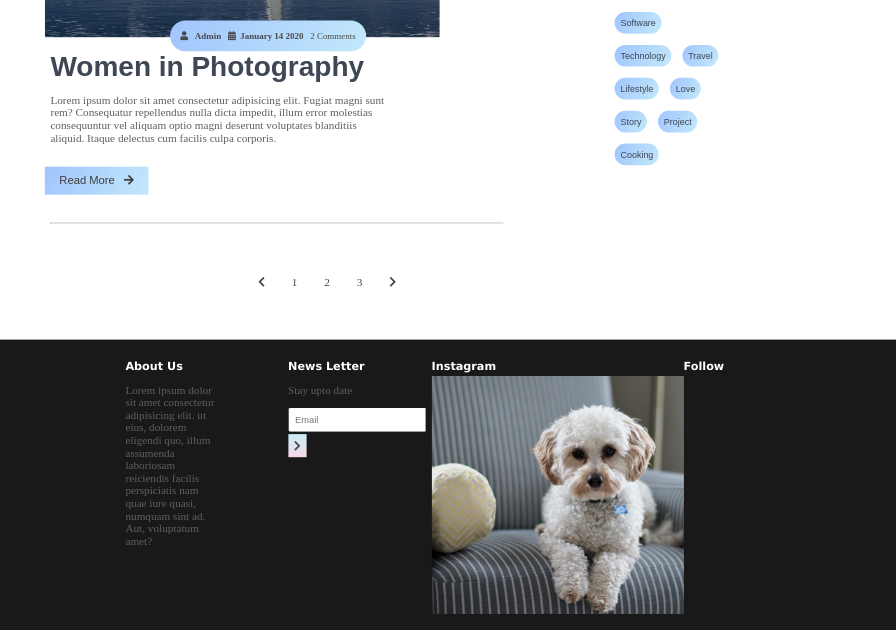
Repository: premjawaharp/Blogsite
Page: index.html
An editor plug-in stored every save of this project. The page is shown before and after a run of saves, followed by the edit.
The browser window is 1280 px wide. The pictures show the part of the page from y = 3323 to 5243 px (the page is 4223 px tall before and 5243 px after), at 70% of full size.

Above is the page before, as saved 2020-09-18 16:17:13.

### index.html
<!DOCTYPE html>
<html lang="en">
<head>
    <meta charset="UTF-8">
    <meta name="viewport" content="width=device-width, initial-scale=1.0">
    <title>Blogger</title>

    <!--Font Awesome style-->
    <link rel="stylesheet" href="css/all.css">

    <!-- Owl Carousel style -->
    <link rel="stylesheet" href="./css/owl.carousel.min.css">
    <link rel="stylesheet" href="./css/owl.theme.default.css">

    <!--Custom style-->
    <link rel="stylesheet" href="css/style.css">
</head>
<body>
    <!------------- Navigation ------------------>
   <nav class="nav">
        <div class="nav-menu flex-row">
            <div class="nav-brand">
                <a href="#" class="text-gray">Premonation</a>
            </div>
            <div class="toggle-collapse">
                <div class="toggle-icons">
                    <i class="fas fa-bars"></i>
                </div>
            </div>
            <div>
                <ul class="nav-items">
                    <li class="nav-link">
                        <a href="#">Home</a>
                    </li>
                    <li class="nav-link">
                        <a href="#">Category</a>
                    </li>
                    <li class="nav-link">
                        <a href="#">Archive</a>
                    </li>
                    <li class="nav-link">
                        <a href="#">Pages</a>
                    </li>
                    <li class="nav-link">
                        <a href="#">Contact Us</a>
                    </li>
                </ul>
            </div>
            <div class="social text-gray">
                    <a href="#"><i class="fab fa-facebook-f"></i></a>
                    <a href="#"><i class="fab fa-instagram"></i></a>
                    <a href="#"><i class="fab fa-twitter"></i></a>
                    <a href="#"><i class="fab fa-youtube"></i></a>
            </div>
        </div>
    </nav>
    <!-----x------- Navigation --------x--------->

    <!-- Main site section -->
    <main>
        <!---- Site title ---->
        <section class="site-title">
            <div class="site-background">
                <h3>Tours & Travels</h3>
                <h1>Amazing Place on Earth</h1>
                <button class="btn">Explore</button>
            </div>
        </section>
        <!-- x Site title x -->
        <!-- Blog Carousel content -->
        <section>
            <div class="blog">
                <div class="container">
                    <div class="owl-carousel owl-theme blogpost">
                        <div class="blog-content">
                            <img src="./assets/Blog-post/post-1.jpg" alt="post1">
                            <div class="blog-title">
                                <h3>London Fashion Week</h3>
                                <button class="btn">Fashion</button>
                            </div>
                        </div>
                        <div class="blog-content">
                            <img src="./assets/Blog-post/post-2.jpg" alt="post2">
                            <div class="blog-title">
                                <h3>London Fashion Week</h3>
                                <button class="btn">Fashion</button>
                            </div>
                        </div>
                        <div class="blog-content">
                            <img src="./assets/Blog-post/post-3.jpg" alt="post3">
                            <div class="blog-title">
                                <h3>London Fashion Week</h3>
                                <button class="btn">Fashion</button>
                            </div>
                        </div>
                        <div class="blog-content">
                            <img src="./assets/Blog-post/post-1.jpg" alt="post1">
                            <div class="blog-title">
                                <h3>London Fashion Week</h3>
                                <button class="btn">Fashion</button>
                            </div>
                        </div>

                    </div>
                    <div class="owl-navigation">
                        <span class="owl-nav-prev"><i class="fas fa-long-arrow-alt-left"></i></span>
                        <span class="owl-nav-next"><i class="fas fa-long-arrow-alt-right"></i></span>
                    </div>
                </div>
            </div>
        </section>
        <!-- x Blog Carousel content x -->

        <!---- Site Content ---->

        <section class="container">
            <div class="site-content">
                <div class="posts">
                    <div class="post-content">
                        <div class="post-image">
                            <div>
                                <img  src="./assets/Blog-post/blog1.png" class="img" alt="blog1">
                            </div>
                            <div class="post-info flex-row">
                                <span><i class="fas fa-user text-gray">&nbsp;&nbsp; Admin</i></span>&nbsp;
                                <span><i class="fas fa-calendar-alt text-gray">&nbsp;&nbsp;January 14 2020</i></span>&nbsp;
                                <span class="text-gray">2 Comments</span>
                            </div>
                        </div>
                        <div class="post-title">
                            <a href="#"><h1>Women in Photography</h1></a>
                            <p>Lorem ipsum dolor sit amet consectetur adipisicing elit.
                                Fugiat magni sunt rem? Consequatur repellendus nulla dicta impedit, illum error molestias consequuntur vel aliquam optio magni deserunt voluptates blanditiis aliquid. Itaque delectus cum facilis culpa corporis.</p>
                        </div>
                        <button class="btn post-btn">Read More &nbsp; <i class="fas fa-arrow-right"></i></button>
                    </div>
                    <hr>
                    <div class="post-content">
                        <div class="post-image">
                            <div>
                                <img  src="./assets/Blog-post/blog2.png" class="img" alt="blog">
                            </div>
                            <div class="post-info flex-row">
                                <span><i class="fas fa-user text-gray">&nbsp;&nbsp; Admin</i></span>&nbsp;
                                <span><i class="fas fa-calendar-alt text-gray">&nbsp;&nbsp;January 14 2020</i></span>&nbsp;
                                <span class="text-gray">2 Comments</span>
                            </div>
                        </div>
                        <div class="post-title">
                            <a href="#"><h1>Women in Photography</h1></a>
                            <p>Lorem ipsum dolor sit amet consectetur adipisicing elit.
                                Fugiat magni sunt rem? Consequatur repellendus nulla dicta impedit, illum error molestias consequuntur vel aliquam optio magni deserunt voluptates blanditiis aliquid. Itaque delectus cum facilis culpa corporis.</p>
                        </div>
                        <button class="btn post-btn">Read More &nbsp; <i class="fas fa-arrow-right"></i></button>
                    </div>
                    <hr>
                    <div class="post-content">
                        <div class="post-image">
                            <div>
                                <img  src="./assets/Blog-post/blog3.png" class="img" alt="blog3">
                            </div>
                            <div class="post-info flex-row">
                                <span><i class="fas fa-user text-gray">&nbsp;&nbsp; Admin</i></span>&nbsp;
                                <span><i class="fas fa-calendar-alt text-gray">&nbsp;&nbsp;January 14 2020</i></span>&nbsp;
                                <span class="text-gray">2 Comments</span>
                            </div>
                        </div>
                        <div class="post-title">
                            <a href="#"><h1>Women in Photography</h1></a>
                            <p>Lorem ipsum dolor sit amet consectetur adipisicing elit.
                                Fugiat magni sunt rem? Consequatur repellendus nulla dicta impedit, illum error molestias consequuntur vel aliquam optio magni deserunt voluptates blanditiis aliquid. Itaque delectus cum facilis culpa corporis.</p>
                        </div>
                        <button class="btn post-btn">Read More &nbsp; <i class="fas fa-arrow-right"></i></button>
                    </div>
                    <hr>
                    <div class="post-content">
                        <div class="post-image">
                            <div>
                                <img  src="./assets/Blog-post/blog4.png" class="img" alt="blog3">
                            </div>
                            <div class="post-info flex-row">
                                <span><i class="fas fa-user text-gray">&nbsp;&nbsp; Admin</i></span>&nbsp;
                                <span><i class="fas fa-calendar-alt text-gray">&nbsp;&nbsp;January 14 2020</i></span>&nbsp;
                                <span class="text-gray">2 Comments</span>
                            </div>
                        </div>
                        <div class="post-title">
                            <a href="#"><h1>Women in Photography</h1></a>
                            <p>Lorem ipsum dolor sit amet consectetur adipisicing elit.
                                Fugiat magni sunt rem? Consequatur repellendus nulla dicta impedit, illum error molestias consequuntur vel aliquam optio magni deserunt voluptates blanditiis aliquid. Itaque delectus cum facilis culpa corporis.</p>
                        </div>
                        <button class="btn post-btn">Read More &nbsp; <i class="fas fa-arrow-right"></i></button>
                    </div>
                    <hr>
                    <div class="pagination flex-row">
                        <a href="#"><i class="fas fa-chevron-left"></i></a>
                        <a href="#" class="page">1</a>
                        <a href="#" class="page">2</a>
                        <a href="#" class="page">3</a>
                        <a href="#" ><i class="fas fa-chevron-right"></i></a>
                    </div>
                </div>
                <aside class="sidebar">
                    <div class="category">
                        <h3>Category</h3>
                        <ul class="category-list">
                            <li class="list-items">
                                <a href="#">Software</a>
                                <span>(05)</span>
                            </li>
                            <li class="list-items">
                                <a href="#">Technology</a>
                                <span>(03)</span>
                            </li>
                            <li class="list-items">
                                <a href="#">Lifestyle</a>
                                <span>(02)</span>
                            </li>
                            <li class="list-items">
                                <a href="#">Shopping</a>
                                <span>(06)</span>
                            </li>
                            <li class="list-items">
                                <a href="#">Food</a>
                                <span>(04)</span>
                            </li>
                        </ul>
                    </div>
                    <div class="popular-post">
                        <h3>Popular Posts</h3>
                        <div class="post-content">
                            <div class="post-image">
                                <div>
                                    <img  src="./assets/Blog-post/blog4.png" class="img" alt="blog3">
                                </div>

                            </div>
                            <div class="post-title">
                                <a href="#"><h4>Women in Photography</h4></a>
                                <p>Lorem ipsum dolor sit amet consectetur adipisicing elit.
                                    Fugiat magni sunt rem? Consequatur repellendus nulla dicta impedit, illum error molestias consequuntur vel aliquam optio magni deserunt voluptates blanditiis aliquid. Itaque delectus cum facilis culpa corporis.</p>
                            </div>
                        </div>
                        <div class="post-content">
                            <div class="post-image">
                                <div>
                                    <img  src="./assets/Blog-post/blog4.png" class="img" alt="blog3">
                                </div>
                            </div>
                            <div class="post-title">
                                <a href="#"><h4>Biker Boys</h4></a>
                                <p>Lorem ipsum dolor sit amet consectetur adipisicing elit.
                                    Fugiat magni sunt rem? Consequatur repellendus nulla dicta impedit, illum error molestias consequuntur vel aliquam optio magni deserunt voluptates blanditiis aliquid. Itaque delectus cum facilis culpa corporis.</p>
                            </div>
                        </div>
                        <div class="post-content">
                            <div class="post-image">
                                <div>
                                    <img  src="./assets/Blog-post/blog4.png" class="img" alt="blog3">
                                </div>
                            </div>
                            <div class="post-title">
                                <a href="#"><h4>Don't judge the book by it's cover</h4></a>
                                <p>Lorem ipsum dolor sit amet consectetur adipisicing elit.
                                    Fugiat magni sunt rem? Consequatur repellendus nulla dicta impedit, illum error molestias consequuntur vel aliquam optio magni deserunt voluptates blanditiis aliquid. Itaque delectus cum facilis culpa corporis.</p>
                            </div>
                        </div>
                        <div class="news-letter">
                            <div class="news-form">
                                <h3>Newsletter</h3>
                                <div class="news-inputs">
                                    <input type="text" class='input-element' placeholder="Email">
                                    <button class="new-form-btn btn">Subscribe</button>
                                </div>

                            </div>
                        </div>
                        <div class="popular-tag">
                            <h3>Popular Tags</h3>
                            <div class="tags flex-row">
                                <span class="tag">Software</span>
                                <span class="tag">Technology</span>
                                <span class="tag">Travel</span>
                                <span class="tag">Lifestyle</span>
                                <span class="tag">Love</span>
                                <span class="tag">Story</span>
                                <span class="tag">Project</span>
                                <span class="tag">Cooking</span>
                            </div>

                        </div>

                    </div>
                </aside>

            </div>
        </section>
        <!-- x Site Content x -->

    </main>
    <!-- x Main site section x -->
    <!-- ------- footer ------- -->
    <footer class="footer">
        <div class="container">
            <div class="pad-pad">
                <div class="about-us">
                    <h3>About Us</h3>
                    <p class="">Lorem ipsum dolor sit amet consectetur adipisicing elit.
                        ut eius, dolorem eligendi quo, illum
                        assumenda laboriosam reiciendis
                        facilis perspiciatis nam quae iure quasi,
                         numquam sint ad. Aut, voluptatum amet?</p>
                </div>
                <div class="news-letter">
                    <h3>News Letter</h3>
                    <p>Stay upto date</p>
                    <div class="news-inputs">
                        <input type="text" class='input-element' placeholder="Email">
                        <span><i class='fas fa-chevron-right'></i></span>
                    </div>
                </div>
                <div class="instagram">
                    <h3>Instagram</h3>
                    <div class="flex-row">
                        <img src="./assets/instagram/thumb-card3.png" alt="insta3">
                    </div>
                </div>
                <div class="follow">
                    <h3>Follow</h3>
                </div>
            </div>
        </div>
    </footer>

    <!-- -----x- footer -x----- -->
    <!-- Jquery library -->
    <script src="js/jquery3.5.1.min.js"></script>
    <!-- Owl Carousel Js -->
    <script src="js/owl.carousel.min.js"></script>
    <!-- Custom javascript -->
    <script src="js/script.js"></script>



</body>
</html>

### css/fonts.css
@font-face{
    font-family: Montserrat;
    src: url(../Montserrat/Montserrat-Light.ttf)
}
@font-face{
    font-family: Montserrat-Bold;
    src: url(../Montserrat/Montserrat-Bold.ttf)
}
@font-face{
    font-family: Montserrat-SemiBold;
    src: url(../Montserrat/Montserrat-SemiBold.ttf)
}
@font-face{
    font-family: Montserrat-Medium;
    src: url(../Montserrat/Montserrat-Regular.ttf)
}

@font-face{
    font-family: Anton-Regular;
    src: url(../Anton/Anton-Regular.ttf)
}

Loaded but not shown: css/all.css (library); css/owl.carousel.min.css (library); css/owl.theme.default.css (common file); js/jquery3.5.1.min.js (library); js/owl.carousel.min.js (library); js/script.js (26 lines, source omitted); css/style.css (499 lines, source omitted)

After the next 4 saves:
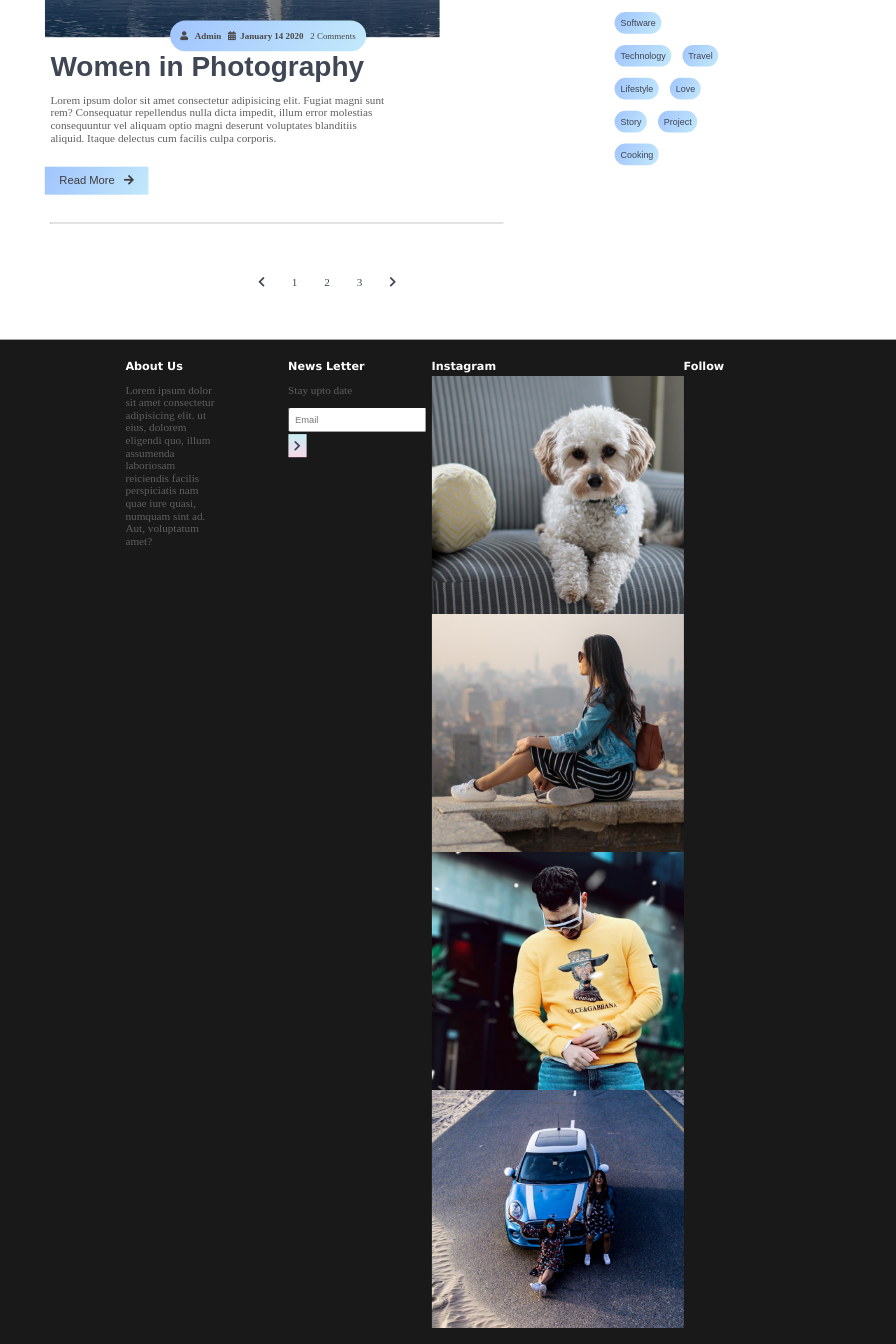
The 4 saves are shown as one change because they came seconds apart.
The last was saved 19 s later.
--- a/index.html
+++ b/index.html
@@ -323,6 +323,9 @@
                     <h3>Instagram</h3>
                     <div class="flex-row">
                         <img src="./assets/instagram/thumb-card3.png" alt="insta3">
+                        <img src="./assets/instagram/thumb-card4.png" alt="insta3">
+                        <img src="./assets/instagram/thumb-card5.png" alt="insta3">
+                        <img src="./assets/instagram/thumb-card6.png" alt="insta3">
                     </div>
                 </div>
                 <div class="follow">
